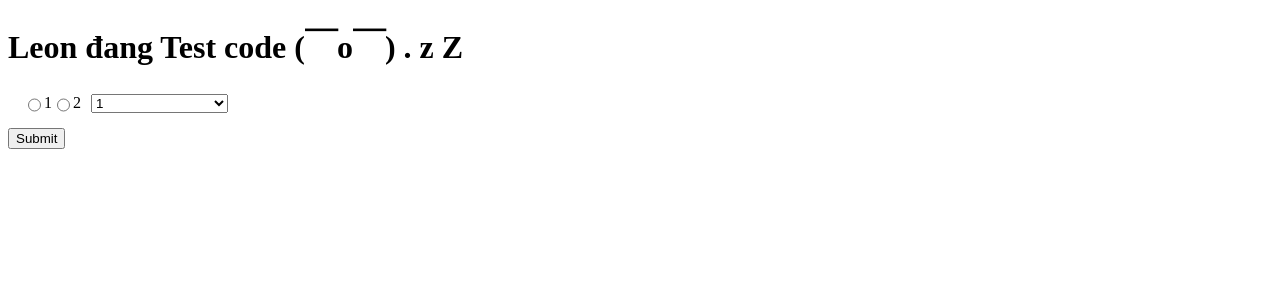
Repository: tranhuunghiem99/N_Auto_Checked
Page: test/index.html
The author's editor kept a copy of each file at every save. The page is drawn from the files as they stood at one save, then again after a run of saves.
The browser window is 1280 px wide. The pictures show the whole page.

Above is the page before, as saved 2024-05-07 21:32:51.

### test/index.html
<!-- <!DOCTYPE html>
<html>
  <head>
    <title>Checkbox Example</title>
  </head>
  <body>
    <form action="/submit" method="post">
      <label for="option1">Option 1</label>
      <input type="checkbox" name="options" value="1" id="option1">
      <br>
      <label for="option2">Option 2</label>
      <input type="checkbox" name="options" value="2" id="option2">
      <br>
      <label for="option3">Option 3</label>
      <input type="checkbox" name="options" value="3" id="option3">
      <br>
      <button type="submit">Submit</button>
    </form>
  </body>
</html> -->

<!DOCTYPE html>
<html>
<body>

<h1>Leon đang Test code (￣o￣) . z Z</h1>

<form action="/submit" method="post" >
  <div style="display: flex; padding: 5px; margin: 10px;">
  <input type="radio" name="number" value="">
  <label for="1">1</label><br>
  <input type="radio" name="number" value="">
  <label for="2">2</label><br>
  <select id="" name="" style="margin-left:10px ;">
    <option value="1" name="list">1</option>
    <option value="2" name="list">2</option>
    <option value="3" name="list">3</option>
    <option value="4" name="ok">Ok cái này chọn nè</option>
  </select>
</div>
  <button type="submit">Submit</button>
</form>
</body>
</html>

After the next 2 saves:
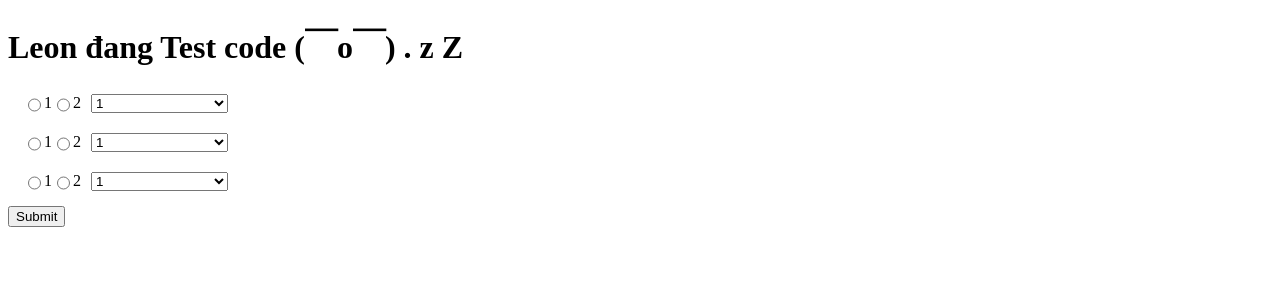
The 2 saves are shown as one change because they came seconds apart.
The last was saved 14 s later.
--- a/test/index.html
+++ b/test/index.html
@@ -38,6 +38,30 @@
     <option value="4" name="ok">Ok cái này chọn nè</option>
   </select>
 </div>
+  <div style="display: flex; padding: 5px; margin: 10px;">
+  <input type="radio" name="number" value="">
+  <label for="1">1</label><br>
+  <input type="radio" name="number" value="">
+  <label for="2">2</label><br>
+  <select id="" name="" style="margin-left:10px ;">
+    <option value="1" name="list">1</option>
+    <option value="2" name="list">2</option>
+    <option value="3" name="list">3</option>
+    <option value="4" name="ok">Ok cái này chọn nè</option>
+  </select>
+</div>
+  <div style="display: flex; padding: 5px; margin: 10px;">
+  <input type="radio" name="number" value="">
+  <label for="1">1</label><br>
+  <input type="radio" name="number" value="">
+  <label for="2">2</label><br>
+  <select id="" name="" style="margin-left:10px ;">
+    <option value="1" name="list">1</option>
+    <option value="2" name="list">2</option>
+    <option value="3" name="list">3</option>
+    <option value="4" name="ok">Ok cái này chọn nè</option>
+  </select>
+</div>
   <button type="submit">Submit</button>
 </form>
 </body>
